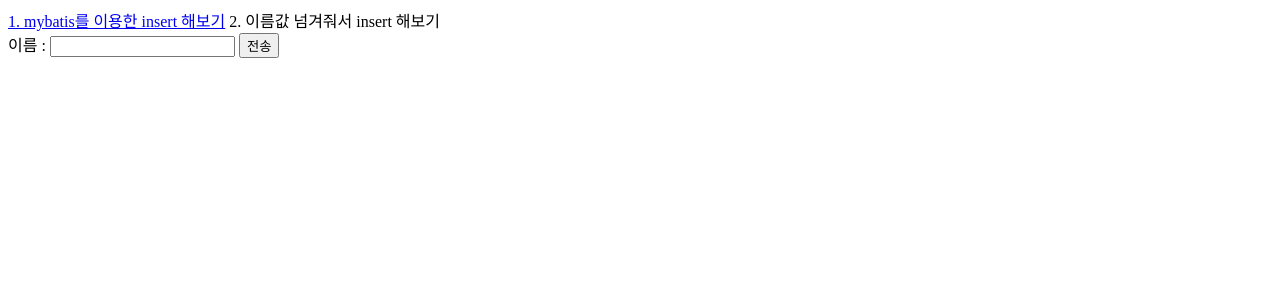
Repository: skosko00/seongmin
Page: webworkspace3/mybatis_01/WebContent/index.html
The author's editor kept a copy of each file at every save. The page is drawn from the files as they stood at one save, then again after the next save.
The browser window is 1280 px wide. The pictures show the whole page.

Above is the page before, as saved 2018-06-26 07:51:41.

### webworkspace3/mybatis_01/WebContent/index.html
<!DOCTYPE html>
<html>
<head>
<meta charset="UTF-8">
<title>Insert title here</title>
</head>
<body>
<a href="/mybatisTest1">1. mybatis를 이용한 insert 해보기</a>
2. 이름값 넘겨줘서 insert 해보기
<form action="/mybatisTest2" method="post">
이름 : <input type="text" name="studentName"/>
<input type="submit" value="전송"/>
</form>
</body>
</html>

After the next save:
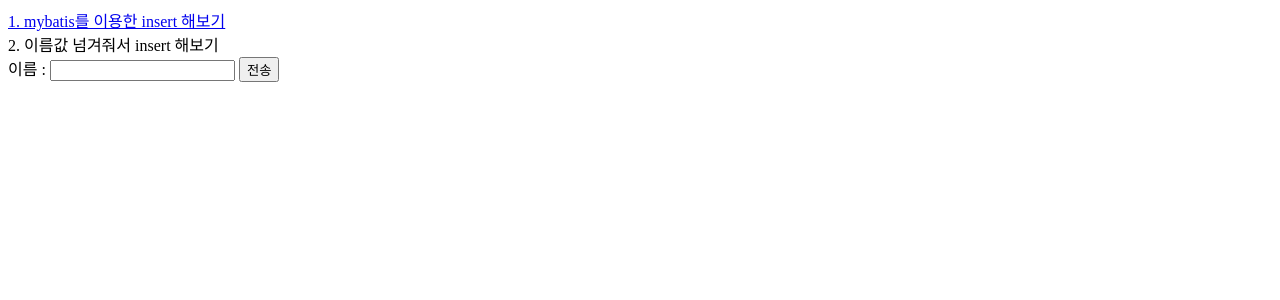
Saved 52 s later.
--- a/webworkspace3/mybatis_01/WebContent/index.html
+++ b/webworkspace3/mybatis_01/WebContent/index.html
@@ -5,7 +5,7 @@
 <title>Insert title here</title>
 </head>
 <body>
-<a href="/mybatisTest1">1. mybatis를 이용한 insert 해보기</a>
+<a href="/mybatisTest1">1. mybatis를 이용한 insert 해보기</a><br>
 2. 이름값 넘겨줘서 insert 해보기
 <form action="/mybatisTest2" method="post">
 이름 : <input type="text" name="studentName"/>
